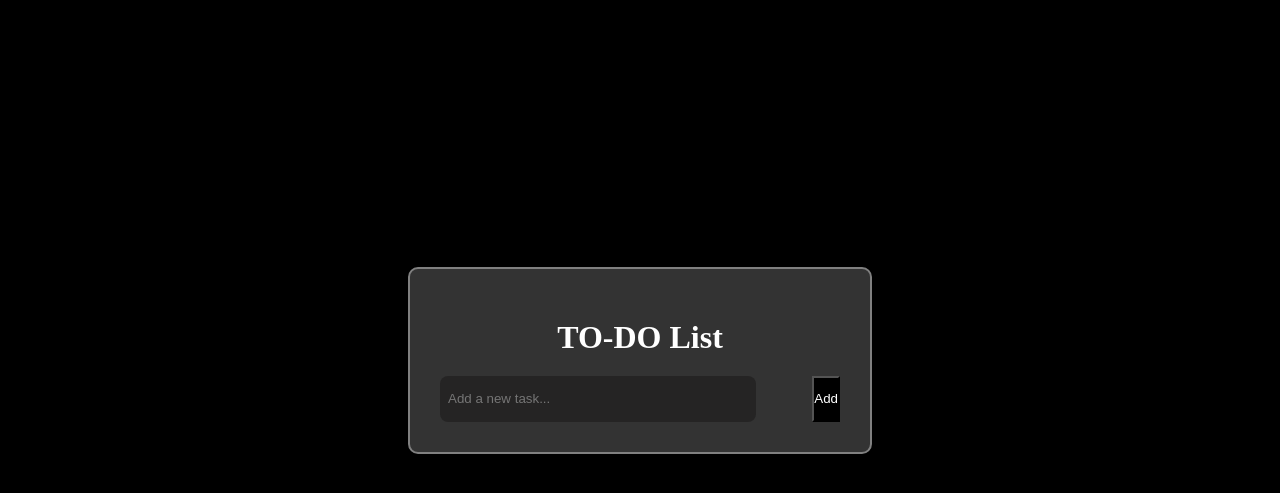
Repository: ksusmitha879-cyber/todo-list
Page: index.html
These files come from the project's save history. The page is drawn as it stood at one moment and after the next save; the edit follows.
The browser window is 1280 px wide. The pictures show the whole page.

Above is the page before, as saved 2025-11-28 02:32:05.

After the next save:
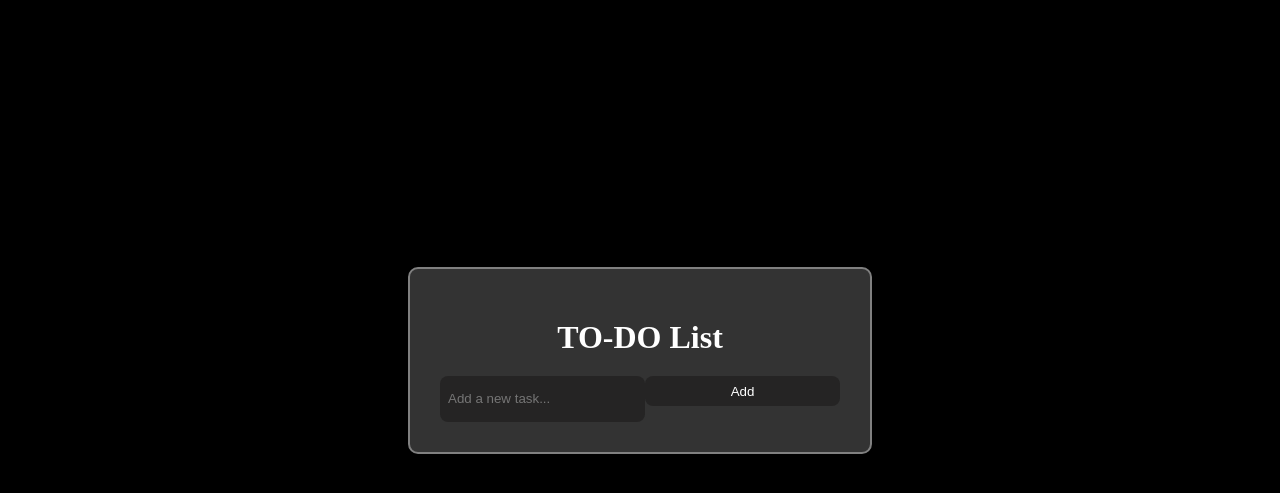
Saved 10 s later.
--- a/style.css
+++ b/style.css
@@ -41,5 +41,11 @@ input{
     padding: 8px;
 }
 .input-container button{
-
+     background-color: #252424;
+    color: white;
+    width: 75%;
+    height: 30px;
+    border-radius: 8px;
+    border-style: none;
+    padding: 8px;
 }
